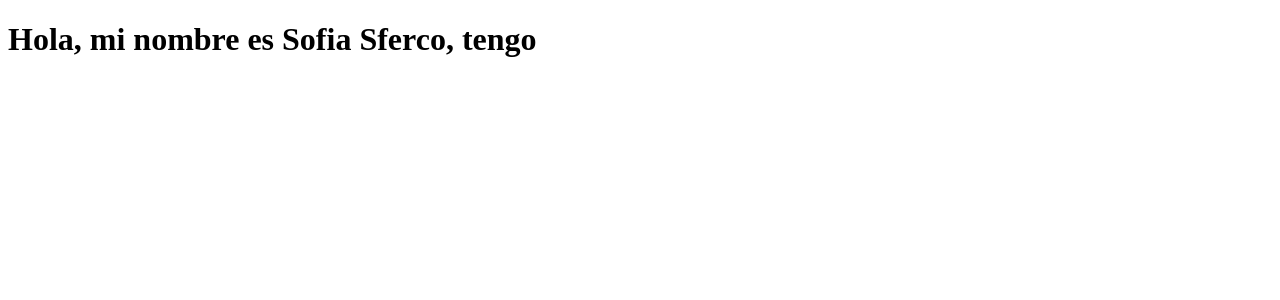
Repository: SofiaSferco/PWA-2026
Page: practico01/index.html
The author's editor kept a copy of each file at every save. The page is drawn from the files as they stood at one save, then again after the next save.
The browser window is 1280 px wide. The pictures show the whole page.

Above is the page before, as saved 2026-09-10 00:09:19.

### practico01/index.html
<!DOCTYPE html>
<html lang="en">
<head>
    <meta charset="UTF-8">
    <title>Practico 01</title>
    <script src="https://cdn.jsdelivr.net/npm/vue/dist/vue.js"></script>
</head>
<body>
    <div id="app">
        <h1>Hola, mi nombre es {{nombre}}, tengo  </h1>
    </div>
    <script>
       var app= new Vue({
           el: '#app',
           data: {
               nombre: 'Sofia Sferco',
               edad: 33,
               ciudad: 'Viedma',
           }
       })
    </script>
</body>
</html>

After the next save:
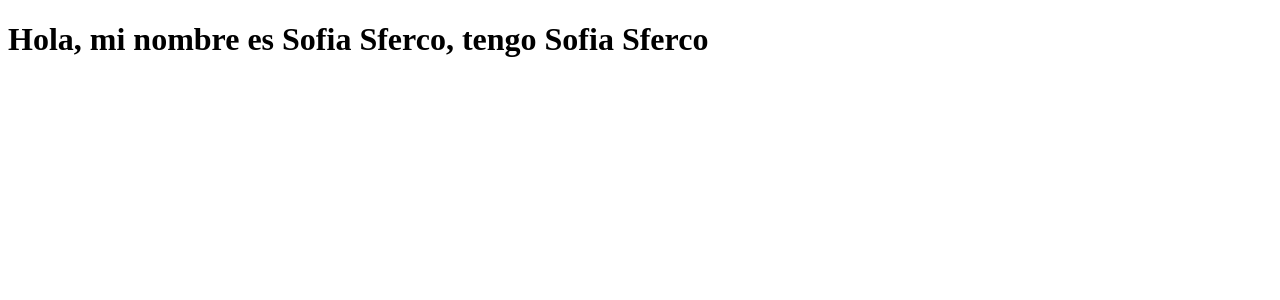
Saved 5 s later.
--- a/practico01/index.html
+++ b/practico01/index.html
@@ -7,7 +7,7 @@
 </head>
 <body>
     <div id="app">
-        <h1>Hola, mi nombre es {{nombre}}, tengo  </h1>
+        <h1>Hola, mi nombre es {{nombre}}, tengo {{nombre}} </h1>
     </div>
     <script>
        var app= new Vue({
